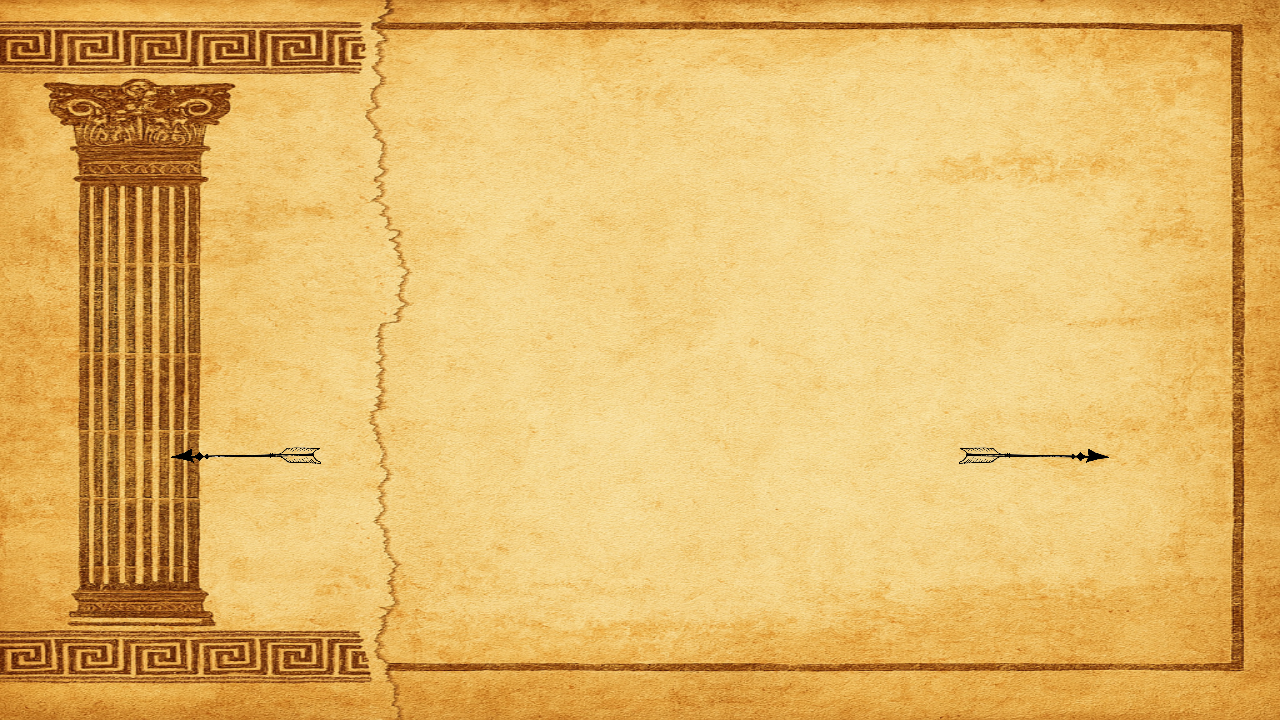
Repository: brianabariteau/Web-1-Final-Project-2025
Page: features/character-selection/character-selection.html
The author's editor kept a copy of each file at every save. The page is drawn from the files as they stood at one save, then again after the next save.
The browser window is 1280 px wide. The pictures show the whole page.
The page's requests for data from a server got no answer.

Above is the page before, as saved 2025-12-21 23:37:09.

### features/character-selection/character-selection.html
<!DOCTYPE html>
<html lang="en">
  <head>
    <meta charset="UTF-8" />
    <meta name="viewport" content="width=device-width, initial-scale=1.0" />
    <title>Player Selection</title>
    <link
      rel="icon"
      type="image/x-icon"
      href="../../assets/characters/zeus.png"
    />
    <link rel="stylesheet" href="./character-selection.css" />
    <script type="module" src="./character-selection.js" defer></script>
    <script
      src="https://code.jquery.com/jquery-3.7.1.min.js"
      integrity="sha256-/JqT3SQfawRcv/BIHPThkBvs0OEvtFFmqPF/lYI/Cxo="
      crossorigin="anonymous"
    ></script>
  </head>
  <body></body>
</html>

### features/character-selection/character-selection.css
/* -- General Page Layout -- */

body {
  margin: 0;
  padding: 0;
  width: 100vw;
  height: 100vh;
  overflow: hidden;

  display: flex;
  justify-content: center;
  align-items: center;

  position: relative;
  font-family: "Press Start 2P", monospace;
}

/* Full-screen background */
.background {
  position: absolute;
  inset: 0;
  width: 100%;
  height: 100%;
  z-index: -1;
}

/* -- Character Selector Grid [avatar1/2/3] -- */

.character-row {
  /*display: flex;
  justify-content: center;
  align-items: center;
  gap: 1rem;

  position: absolute;
  top: 10%;
  width: 100%;*/
  display: flex;
  justify-content: center;
  align-items: center;
  gap: 1rem;
  width: 100%;
  position: relative; /* not absolute */
}

/* All avatar boxes */
.avatar1,
.avatar2,
.avatar3 {
  /*width: 340px;
  height: 450px;*/
  width: min(28vw, 370px); /* 28% of viewport width, max 340px */
  height: min(28vw, 440px);

  background: transparent;
  border: none;
  padding: 0;

  position: relative;
  cursor: pointer;
  transition: transform 120ms ease;
}

.avatar1:hover,
.avatar2:hover,
.avatar3:hover {
  transform: scale(1.05);
}

/* The decorative box asset */
.background-boxes {
  position: absolute;
  inset: 0;
  width: 100%;
  height: 100%;
  object-fit: fill;
  z-index: 0;
  pointer-events: none;
}

/* If later you put the character image inside an avatar */
.player-avatar {
  position: relative;
  z-index: 1;
  width: 140px;
  height: auto;
  image-rendering: pixelated;
}

/* Info inside the avatar (optional) */
.player-info {
  position: relative;
  z-index: 2;
  color: brown;
  text-shadow: 2px 2px #000;
  font-size: 14px;
  text-align: left;
  margin-left: 10px;
}

/* ───────────── SCROLL ARROWS ABOVE TEXT BOX ───────────── */

.scroll-arrows {
  width: min(200vw, 950px); /* narrower than full screen */
  margin: 0 auto;
  display: flex;
  justify-content: space-between; /* left arrow on left, right arrow on right */
  align-items: center;

  padding: 0 5vw; /* adjusts how far arrows sit from edges */
  position: relative;
  z-index: 15;
  gap: 8rem;
}

.left-arrow,
.right-arrow {
  background: transparent;
  border: none;
  cursor: pointer;
  transition: transform 120ms ease;
}

.left-arrow:hover,
.right-arrow:hover {
  transform: scale(1.1);
}

.arrowImg {
  width: min(12vw, 150px);
  /*width: 150px;  adjust size */
  height: auto;
  image-rendering: pixelated;
  pointer-events: none;
}

.switch-characters {
  display: flex;
  flex-direction: column;
  align-items: center;
  gap: 1rem; /* space between avatars and arrows */

  width: min(90vw, 1200px);
  position: absolute;
  top: 10%;
  width: 100%;
}

/* Every stat becomes a tooltip target */
.stat {
  position: relative;
  cursor: help;
}

/* Tooltip bubble */
.stat:hover::after {
  content: attr(data-info);
  position: absolute;
  left: 50%;
  bottom: 120%;
  transform: translateX(-50%);

  width: max-content;
  max-width: 220px;

  background: rgba(0, 0, 0, 0.9);
  color: white;
  padding: 8px 10px;
  border-radius: 6px;
  font-size: 10px;
  line-height: 1.2;
  text-shadow: none;

  pointer-events: none;
  z-index: 999;
}

/* Tooltip arrow */
.stat:hover::before {
  content: "";
  position: absolute;
  left: 50%;
  bottom: 110%;
  transform: translateX(-50%);

  border-width: 6px;
  border-style: solid;
  border-color: rgba(0, 0, 0, 0.9) transparent transparent transparent;

  z-index: 998;
}

/* ───────────── TEXT BOX (your .box image) ───────────── */

.bottom-panel {
  position: absolute;
  /*bottom: -3%;  how far from bottom of screen */
  bottom: 4%;
  left: 60%;
  /*transform: translateX(-30%);  center horizontally */
  transform: translateX(-50%);

  width: min(70vw, 900px);
  /*width: 40%;  adjust width as needed */
  /*max-width: 900px; */

  display: grid;
  grid-template-columns: 1fr auto 1fr; /* left | center | right */
  align-items: center;
  justify-items: center;
  margin: 0;

  z-index: 10;
}

.box {
  width: min(260px, 40vw);
  /*width: 200px;  adjust to your liking */
  height: auto;
  pointer-events: none;
  margin: 0 auto;
}

/* ───────────── CONFIRM + CANCEL BUTTONS ───────────── */

.button-left,
.button-right {
  display: flex;
  justify-content: center;
  align-items: center;
}

.buttons {
  display: flex;
  gap: 0rem; /* spacing between confirm/cancel */
  position: relative; /* NOT absolute */
  z-index: 10;
}

.confirm,
.cancel {
  background: transparent;
  border: none;
  cursor: pointer;
  transition: transform 120ms ease;
}

.confirm:hover,
.cancel:hover {
  transform: scale(1.05);
}

/* Position them near bottom-right like your drawing */
.cancel {
  right: 10%;
}

.buttonImg {
  width: 150px;
  height: auto;
}

/* ───────────── CHARACTERS ───────────── */
.character {
  position: relative;
  z-index: 10; /* ensures text appears above the background box */
  color: rgb(133, 74, 18);
  justify-items: center;
  text-align: center;
  display: flex;
  object-fit: contain;
  /*padding: 12px 20px;*/
  padding-top: 50px;
  width: 100%;
  height: 100%;
  font-family: "Press Start 2P", monospace; /* matches your game font */
  text-shadow: 2px 2px 0px #ffffff; /* retro look */
}

.inner-character {
  width: 100%; /* smaller than full box so borders show */
  height: 70%; /* keep some space top/bottom */
  padding: 0.4rem; /* small internal padding */
  box-sizing: border-box;

  display: flex;
  flex-direction: column;
  align-items: center;
  justify-content: flex-start;
  gap: 0.1rem; /* tiny gaps between lines */

  overflow-y: auto; /* <-- important: scroll if too tall */
  scrollbar-width: none;
  -ms-overflow-style: none;
}
.character-inner::-webkit-scrollbar {
  display: none;
}

.character-inner h3 {
  margin: 0 0 4px 0;
  font-size: clamp(12px, 1.3vw, 16px);
}

.character-inner p {
  margin: 1px 0;
  font-size: clamp(10px, 1.1vw, 13px);
  line-height: 1.1;
}

/* Smaller sprite so it doesn't eat all vertical space */
.character-inner .character-img {
  width: 90px;
  height: auto;
  margin-bottom: 6px;
}

.character h3 {
  margin: 0 0 10px 0;
  /*font-size: 18px;*/
  font-size: clamp(14px, 1.6vw, 18px);
  letter-spacing: 1px;
}

.character p,
.powers-list {
  font-size: clamp(12px, 1.3vw, 14px);
}

.character p {
  margin: 3px 0;
  /*font-size: 14px;*/
  line-height: 1.2;
}

.powers-list {
  margin: 4px 0 0 16px;
  padding: 0;
  list-style-type: none;
  /*font-size: 14px;*/
}

.character-img {
  display: block;
  margin: 0 auto 10px auto; /* center horizontally + space underneath */
  width: 120px; /* adjust size */
  height: auto;
  image-rendering: pixelated;
  z-index: 5;
  pointer-events: none;
  background: transparent;
}

@media (max-width: 900px) {
  .character-row {
    flex-direction: column;
    top: 4%;
    gap: 0.5rem;
  }

  .avatar1,
  .avatar2,
  .avatar3 {
    width: 80vw;
  }
}

@media (max-width: 900px) {
  .bottom-panel {
    bottom: 2%;
    width: 90vw;
    grid-template-columns: auto;
    row-gap: 0.5rem;
  }

  .buttonImg {
    width: 120px;
  }
}

@media (max-width: 600px) {
  .arrowImg {
    width: 80px;
  }

  .scroll-arrows {
    gap: 1.5rem;
    bottom: 30%;
  }
}

### features/character-selection/character-selection.js
"use strict";

import { fetchCharacters } from "../../services/character-api.js";
import { sortCharacters } from "../../utils/character-sorters.js";
let singlePlayer = localStorage.getItem("single player");
let multiPlayer = localStorage.getItem("multiplayer");

let characters = [];
let currentIndex = 0;

// * Player selection stuff
let selectedPlayer = null;

// * The Background Image
const background = $("<img>")
  .addClass("background")
  .attr("src", "./assets/parchment-background.png")
  .attr("alt", "Background");

// * Characters
function renderCharacters(character) {
  let powersList = "";

  if (Array.isArray(character.powers) && character.powers.length > 0) {
    for (const power of character.powers) {
      powersList += `<li>${power}</li>`;
    }
  } else {
    powersList = `<li>No Powers</li>`;
  }

  return `
    <div class="character">
      <div class="inner-character">
        <img class="character-img" src="${character.imgSrc}" alt="${character.name}"/>
        <h3 class="stat" data-info="${character.tier} - ${character.tierName}">${character.name}</h3>
        <p>HP: ${character.stats.hp}</p>
        <p>Attack: ${character.stats.attack}</p>
        <p>Defense: ${character.stats.defense}</p>
        <p>Speed: ${character.stats.speed}</p>
        <p>Power: ${character.stats.power}</p>
        <p>Resilience: ${character.stats.resilience}</p>
        <p>Stamina: ${character.stats.stamina}</p>
        <p class="stat" data-info="${character.stats.masteryDesc}">Domain Mastery: ${character.stats.domainMastery}</p>
        <p class="stat" data-info="${character.stats.traitDesc}">Special Trait: ${character.stats.specialTrait}</p>
      </div>
    </div>
  `;
}

// * All Characters
const characterRow = $("<div>").addClass("character-row");

// * Arrows + Avatars Div
const switchCharacters = $("<div>").addClass("switch-characters");

// * Avatar 1
const avatar1 = $("<button>").addClass("avatar1");
const avatar1BackgroundBox = $("<img>")
  .addClass("background-boxes")
  .attr("src", "./assets/parchment-box.png")
  .attr("alt", "Background Boxes");

$(avatar1).on("click", () => {
  const first = characters[currentIndex];
  selectCharacter(avatar1, first);
});

// * Avatar 2
const avatar2 = $("<button>").addClass("avatar2");
const avatar2BackgroundBox = $("<img>")
  .addClass("background-boxes")
  .attr("src", "./assets/parchment-box.png")
  .attr("alt", "Background Boxes");

$(avatar2).on("click", () => {
  const second = characters[(currentIndex + 1) % characters.length];
  selectCharacter(avatar2, second);
});

// * Avatar 3
const avatar3 = $("<button>").addClass("avatar3");
const avatar3BackgroundBox = $("<img>")
  .addClass("background-boxes")
  .attr("src", "./assets/parchment-box.png")
  .attr("alt", "Background Boxes");

$(avatar3).on("click", () => {
  const third = characters[(currentIndex + 2) % characters.length];
  selectCharacter(avatar3, third);
});

$(characterRow).append(avatar1, avatar2, avatar3);

function updateAvatarsDisplay() {
  if (!Array.isArray(characters) || characters.length === 0) return;

  const second = characters[(currentIndex + 1) % characters.length];
  const first = characters[currentIndex];
  const third = characters[(currentIndex + 2) % characters.length];

  $(avatar1).html(renderCharacters(first));
  $(avatar2).html(renderCharacters(second));
  $(avatar3).html(renderCharacters(third));

  $(avatar1).append(avatar1BackgroundBox.clone());
  $(avatar2).append(avatar2BackgroundBox.clone());
  $(avatar3).append(avatar3BackgroundBox.clone());
}

async function loadCharacters() {
  characters = await fetchCharacters();
  characters = sortCharacters(characters);
  currentIndex = 0;
  updateAvatarsDisplay();
}

function selectCharacter(avatarElement, character) {
  $(".avatar1, .avatar2, .avatar3").css("box-shadow", "none");
  $(avatarElement).css("box-shadow", "0px 5px 5px rgba(0, 0, 0, 0.6)");
  selectedPlayer = character;
}

// * Text Box + Buttons
const bottomPanel = $("<div>").addClass("bottom-panel");

/*
// * Text Box Image
const textBox = $("<img>")
  .addClass("box")
  .attr("src", "./assets/choose-character-text.png")
  .attr("alt", "Text Box"); */
const textBox = $("<p>").addClass("box");

// * Buttons
const leftButton = $("<div>").addClass("left-button");
const rightButton = $("<div>").addClass("right-button");

// * Confirm Button
const confirmButton = $("<button>").addClass("confirm");
/*const confirmImg = $("<img>")
  .addClass("buttonImg")
  .attr("src", "./assets/parchment-confirm-button.png")
  .attr("alt", "Confirm Button Image");

$(confirmButton).append(confirmImg); */
$(confirmButton).on("click", () => {
  if (!selectedPlayer) {
    alert("Please select a character first!");
    return;
  }

  localStorage.setItem("selectedCharacter", JSON.stringify(selectedPlayer));

  window.location.href = "../main-menu/main-menu.html";
});

// * Cancel Button
const cancelButton = $("<button>").addClass("cancel");
/*const cancelImg = $("<img>")
  .addClass("buttonImg")
  .attr("src", "./assets/parchment-cancel-button.png")
  .attr("alt", "Cancel Button Image");

$(cancelButton).append(cancelImg); */
$(cancelButton).on("click", () => {
  if (selectedPlayer === null) {
    window.location.href = "../main-menu/index.html";
  }

  selectedPlayer = null;
  $(avatar1).css("box-shadow", "none");
  $(avatar2).css("box-shadow", "none");
  $(avatar3).css("box-shadow", "none");
});

$(leftButton).append(confirmButton);
$(rightButton).append(cancelButton);
$(bottomPanel).append(leftButton, textBox, rightButton);

// * Scroll Arrows
const scrollArrows = $("<div>").addClass("scroll-arrows");

// * Left Arrow
const leftArrow = $("<button>").addClass("left-arrow");
const leftArrowImg = $("<img>")
  .addClass("arrowImg")
  .attr("src", "./assets/left-arrow.png")
  .attr("alt", "Left Arrow");

$(leftArrow).on("click", () => {
  currentIndex = (currentIndex - 1 + characters.length) % characters.length;
  selectedPlayer = null;
  $(avatar1).css("box-shadow", "none");
  $(avatar2).css("box-shadow", "none");
  $(avatar3).css("box-shadow", "none");
  updateAvatarsDisplay();
});

// * Right Arrow
const rightArrow = $("<button>").addClass("right-arrow");
const rightArrowImg = $("<img>")
  .addClass("arrowImg")
  .attr("src", "./assets/right-arrow.png")
  .attr("alt", "Right Arrow");

$(rightArrow).on("click", () => {
  currentIndex = (currentIndex + 1) % characters.length;
  selectedPlayer = null;
  $(avatar1).css("box-shadow", "none");
  $(avatar2).css("box-shadow", "none");
  $(avatar3).css("box-shadow", "none");
  updateAvatarsDisplay();
});

$(leftArrow).append(leftArrowImg);
$(rightArrow).append(rightArrowImg);
$(scrollArrows).append(leftArrow, rightArrow);

$(switchCharacters).append(characterRow, scrollArrows);

$("body").append(background, switchCharacters, bottomPanel);

loadCharacters();

### utils/character-sorters.js
"use strict";
export function sortCharacters(characters) {
  return characters.sort((characterA, characterB) => {
    const scoreA =
      characterA.stats.attack * 2 +
      characterA.stats.power * 2 +
      characterA.stats.defense +
      characterA.stats.hp +
      characterA.stats.speed;

    const scoreB =
      characterB.stats.attack * 2 +
      characterB.stats.power * 2 +
      characterB.stats.defense +
      characterB.stats.hp +
      characterB.stats.speed;

    return scoreB - scoreA;
  });
}

Loaded but not shown: services/character-api.js (396 lines, source omitted)

After the next save:
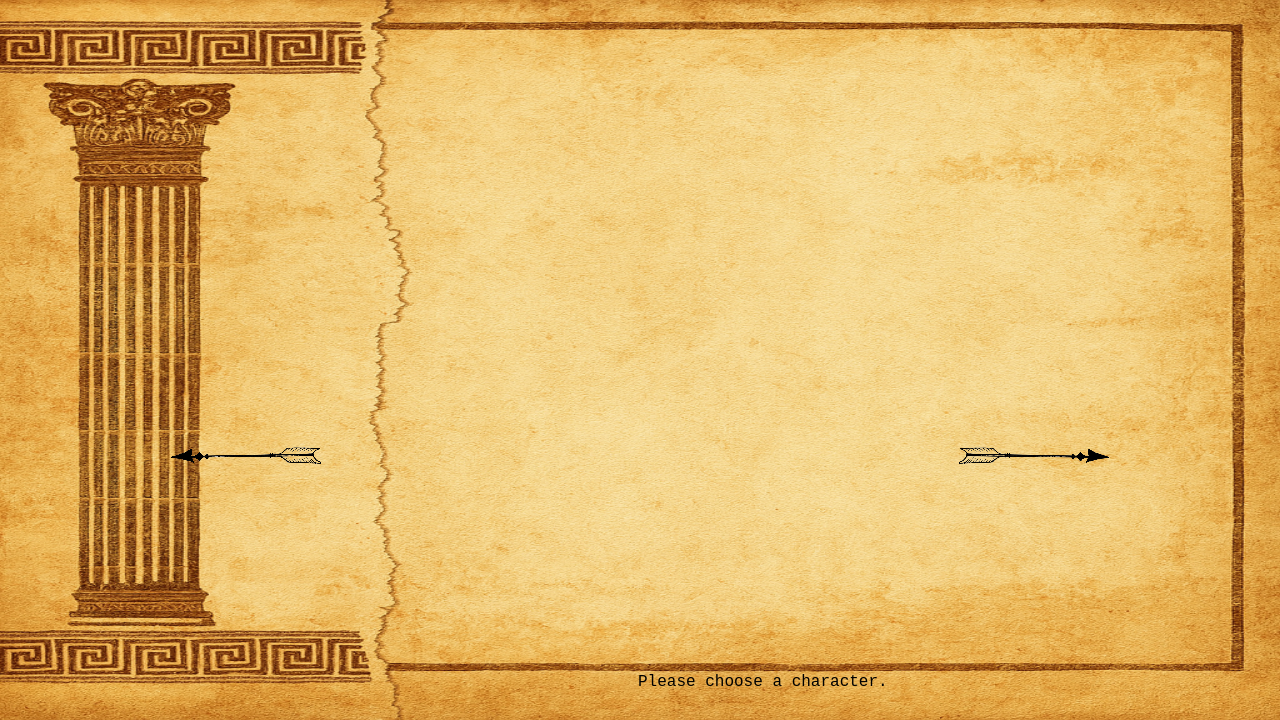
Saved 18 s later.
--- a/features/character-selection/character-selection.js
+++ b/features/character-selection/character-selection.js
@@ -130,7 +130,7 @@ const textBox = $("<img>")
   .addClass("box")
   .attr("src", "./assets/choose-character-text.png")
   .attr("alt", "Text Box"); */
-const textBox = $("<p>").addClass("box");
+const textBox = $("<p>").addClass("box").text("Please choose a character.");
 
 // * Buttons
 const leftButton = $("<div>").addClass("left-button");
